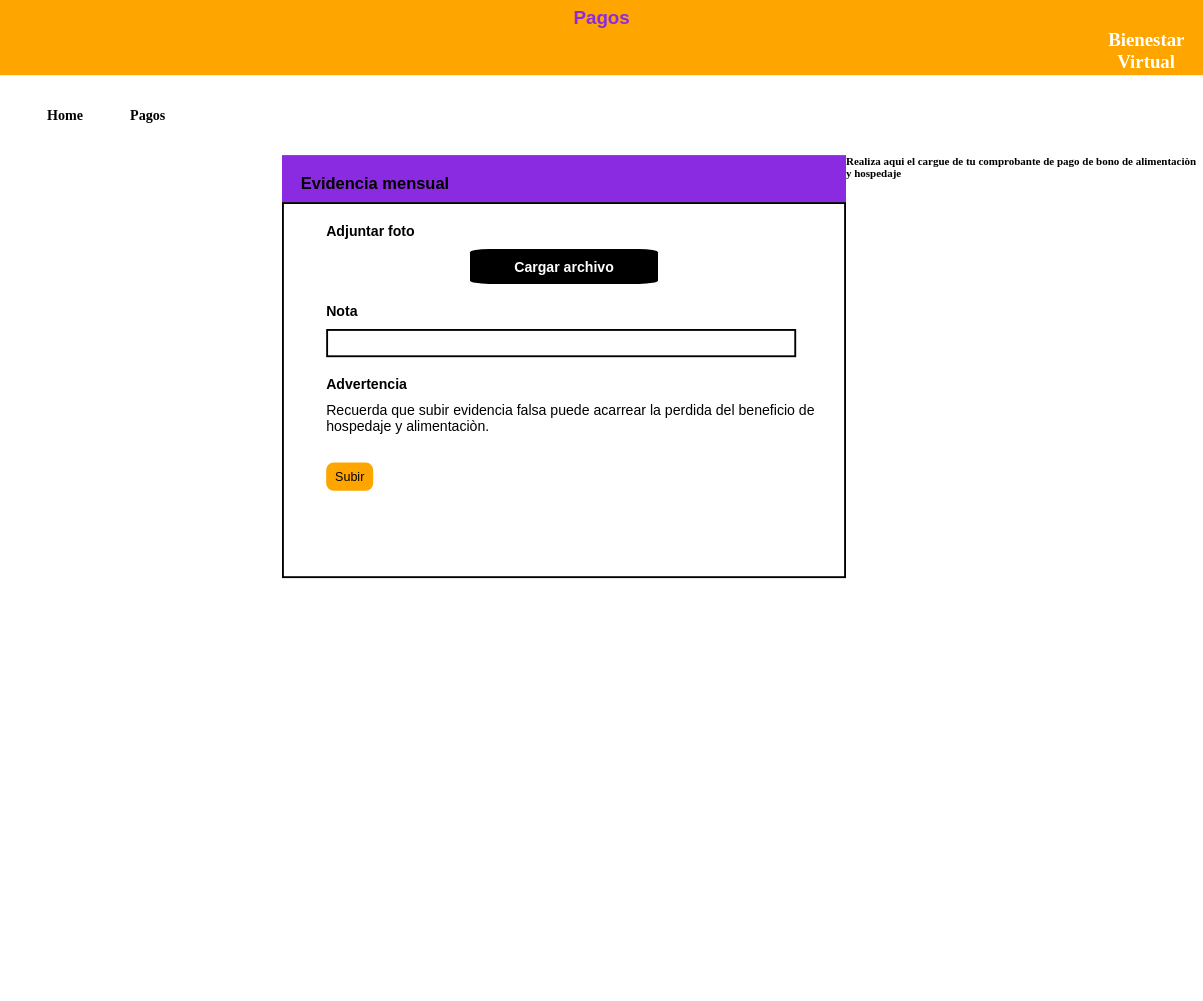
Repository: Diani123/Mis-actividades
Page: softwarebienestarinstitucional/pagos.html
These files come from the project's save history. The page is drawn as it stood at one moment and after a run of saves; the edit follows.
The browser window is 1280 px wide. The pictures show the whole page, at 94% of full size.

Above is the page before, as saved 2023-02-12 20:32:21.

### softwarebienestarinstitucional/pagos.html
<!DOCTYPE html>
<html lang="en">
  <head>
    <meta charset="UTF-8" />
    <meta http-equiv="X-UA-Compatible" content="IE=edge" />
    <meta name="viewport" content="width=device-width, initial-scale=1.0" />
    <link rel="stylesheet" href="./pagos.css" />
    <title>Document</title>
  </head>
  <body>
    <header>
      <div class="Encabezado">
        <h2 class="title1">Pagos</h2>
        <h2 class="title2">Bienestar</h2>
        <h2 class="title3">Virtual</h2>
      </div>
    </header>
    <div class="Items">
      <a href="./home.html" class="item"><h2 class="item-title">Home</h2></a>
      <a href="./pagos.html" class="item"><h2 class="item-title">Pagos</h2></a>
    </div>
    <div class="ContainerT">
      <div class="contenedor1">
      <div class="ContainerTitle">
        <h3 class="title4">Evidencia mensual</h3>
      </div>
      <div class="Container-dowload">
        <form
          action="../../form-result.php"
          method="post"
          enctype="multipart/form-data"
          target="_blank"
        >
          <p class="textt">Adjuntar foto</p>
          <br />

          <div class="custom-input-file col-md-6 col-sm-6 col-xs-6">
            <input
              type="file"
              id="fichero-tarifas"
              class="input-file"
              value=""
            />
            Cargar archivo
          </div>

          <p class="textt">Nota</p>
          <br />
          <section class="Section-nota">
            <input class="input3" type="text" name="" id="" />
          </section>
          <p class="textt">Advertencia</p>
          <br />
          <h2 class="advertencia">
            Recuerda que subir evidencia falsa puede acarrear la perdida del
            beneficio de hospedaje y alimentaciòn.
          </h2>
          <button class="boton">Subir</button>
        </form>
      </div>
      </div>
      <div class="contenedor2">
        <h3>Realiza aqui el cargue de tu comprobante de pago de bono de alimentaciòn y hospedaje</h3>
      </div>
    </div>

  </body>
</html>

### softwarebienestarinstitucional/pagos.css
* {
  margin: 0;
  padding: 0;
  box-sizing: border-box;
}
html {
  font-size: 62.5%;
}
html,
body {
  min-height: 100%;
}
.Encabezado {
  display: flex;
  flex-direction: column;
  width: 100%;
  height: 80px;
  background-color: orange;
}
.Items {
  display: flex;
  flex-direction: row;
  text-align: left;
  height: 50px;
  margin-top: 15px;
  margin-bottom: 20px;
}
.title1 {
  padding-top: 8px;
  text-align: center;
  font-size: 2rem;
  font-family: Arial, Helvetica, sans-serif;
  color: blueviolet;
}
.title2 {
  text-align: end;
  margin-right: 20px;
  font-size: 2rem;
  color: white;
}
.title3 {
  text-align: end;
  margin-right: 30px;
  font-size: 2rem;
  color: white;
  padding-top: px;
}
.item-title {
  padding-top: 20px;
  padding-left: 50px;
  color: black;
}
.item {
  text-decoration: none;
}
.item:hover {
  border-bottom: solid 2px orange;
  border-width: 2px;
}

.ContainerTitle {
  margin-left: 300px;
  height: 50px;
  width: 600px;
  background-color: blueviolet;
  padding-left: 20px;
  padding-top: 20px;
  font-size: 1.5rem;
  font-family: Arial, Helvetica, sans-serif;
}
.Container-dowload {
  margin-left: 300px;
  width: 600px;
  height: 400px;
  border: solid 2px black;
}
.ContainerT {
  display: grid;
  grid-template-columns: repeat(2, 1fr);
  grid-template-rows: repeat(2, 1fr);
  grid-column-gap: 0px;
  grid-row-gap: 0px;
}

.textt {
  margin-top: 20px;
  margin-left: 45px;
  font-size: 1.5rem;
  font-weight: 700;
  font-family: Arial, Helvetica, sans-serif;
}
.section1 {
  width: 500px;
  height: 80px;
  margin-left: 45px;
  border: solid 2px black;
  justify-content: center;
  align-items: center;
}

.input3 {
  width: 500px;
  height: 30px;
  margin-left: 45px;
  border: solid 2px black;
}
.advertencia {
  margin-left: 45px;
  font-weight: 100;
  font-family: Arial, Helvetica, sans-serif;
}
.boton {
  margin-top: 30px;
  margin-left: 45px;
  width: 50px;
  height: 30px;
  background-color: orange;
  border-radius: 8px;
  border: none;
  cursor: pointer;
}
.boton:hover {
  box-shadow: 0 0 20px blueviolet;
}
.custom-input-file {
  background-color: black;
  color: #fff;
  cursor: pointer;
  font-size: 1.5rem;
  font-weight: bold;
  margin: 0 auto 0;
  min-height: 15px;
  overflow: hidden;
  padding: 10px;
  position: relative;
  text-align: center;
  width: 200px;
  border-radius: 10%;
  font-family: Arial, Helvetica, sans-serif;
}

.custom-input-file .input-file {
  border: 10000px solid transparent;
  cursor: pointer;
  font-size: 10000px;
  margin: 0;
  opacity: 0;
  outline: 0 none;
  padding: 0;
  position: absolute;
  right: -1000px;
  top: -1000px;
}
.contenedor2{

}

After the next 4 saves:
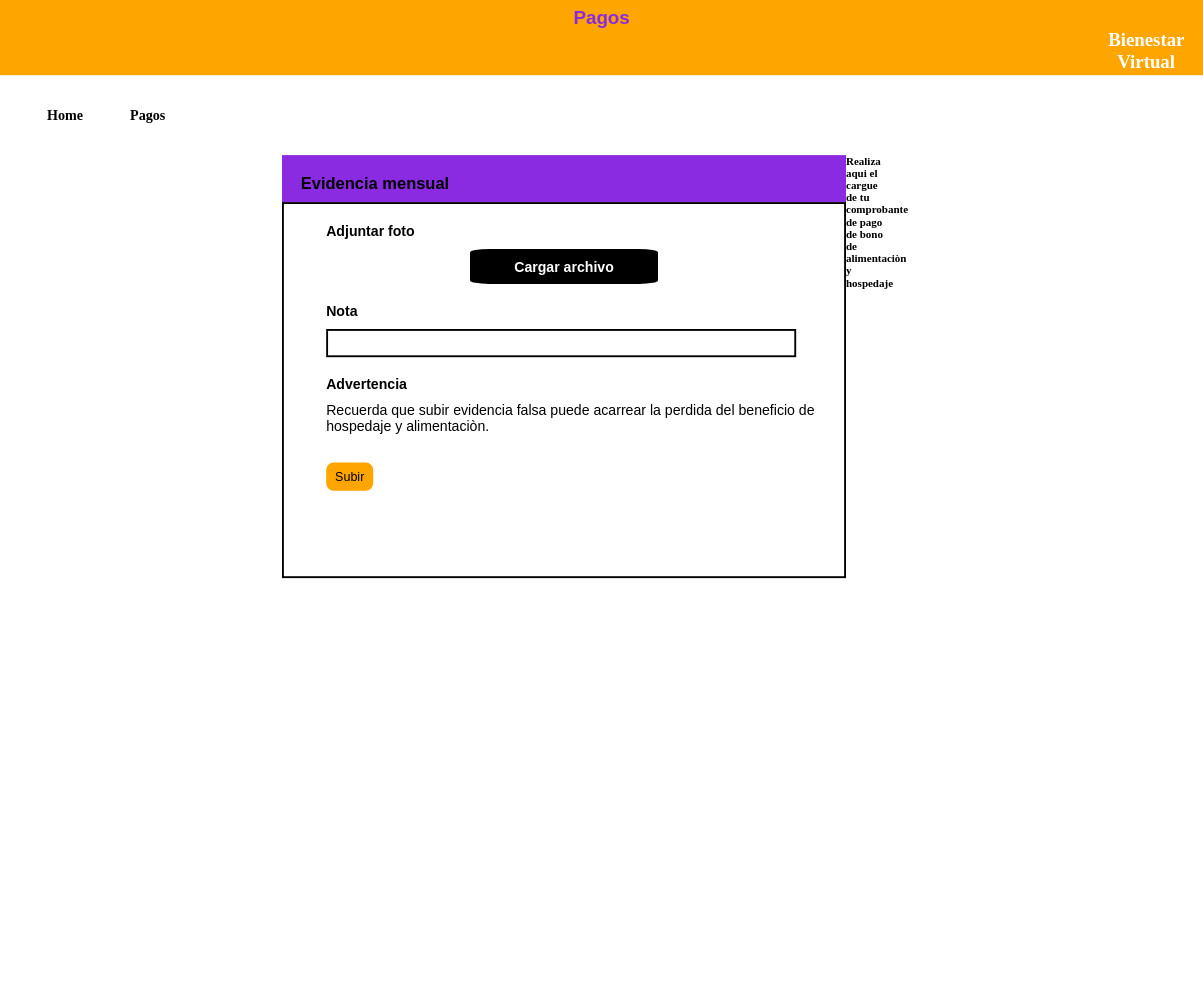
The 4 saves are shown as one change because they came seconds apart.
The last was saved 15 s later.
--- a/softwarebienestarinstitucional/pagos.css
+++ b/softwarebienestarinstitucional/pagos.css
@@ -152,5 +152,6 @@ body {
   top: -1000px;
 }
 .contenedor2{
-
+  width: 40px;
+  height: 50px;
 }
